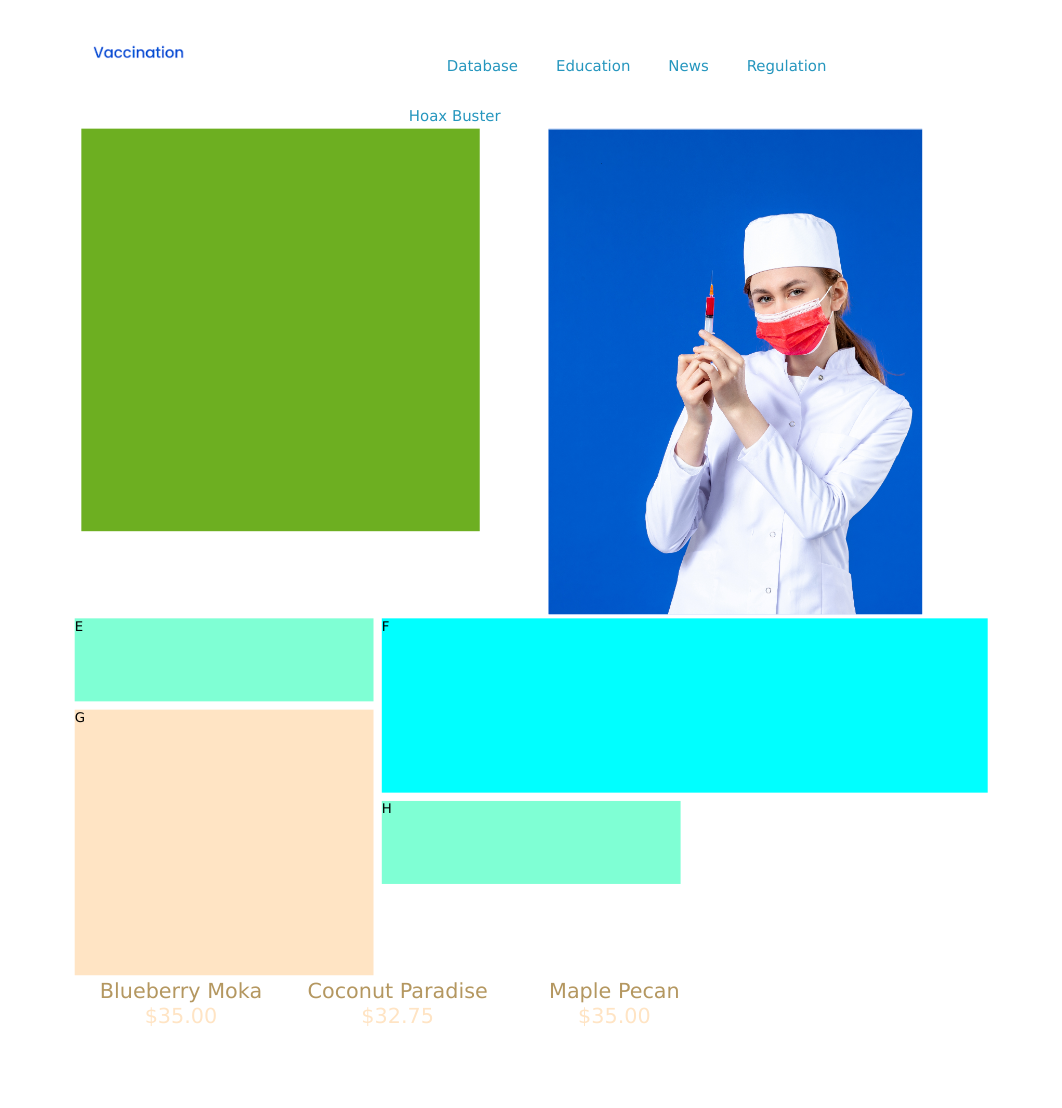
Repository: roge64/cssfrontend
Page: index.html
An editor plug-in stored every save of this project. The page is shown before and after the next save, followed by the edit.
The browser window is 1280 px wide. The pictures show the part of the page from y = 0 to 1335 px (the page is 2628 px tall before and 3058 px after), at 83% of full size.
A picture or video elsewhere on the page could not be fetched, so the positions and the page height are approximate.

Above is the page before, as saved 2022-03-10 10:54:24.

After the next save:
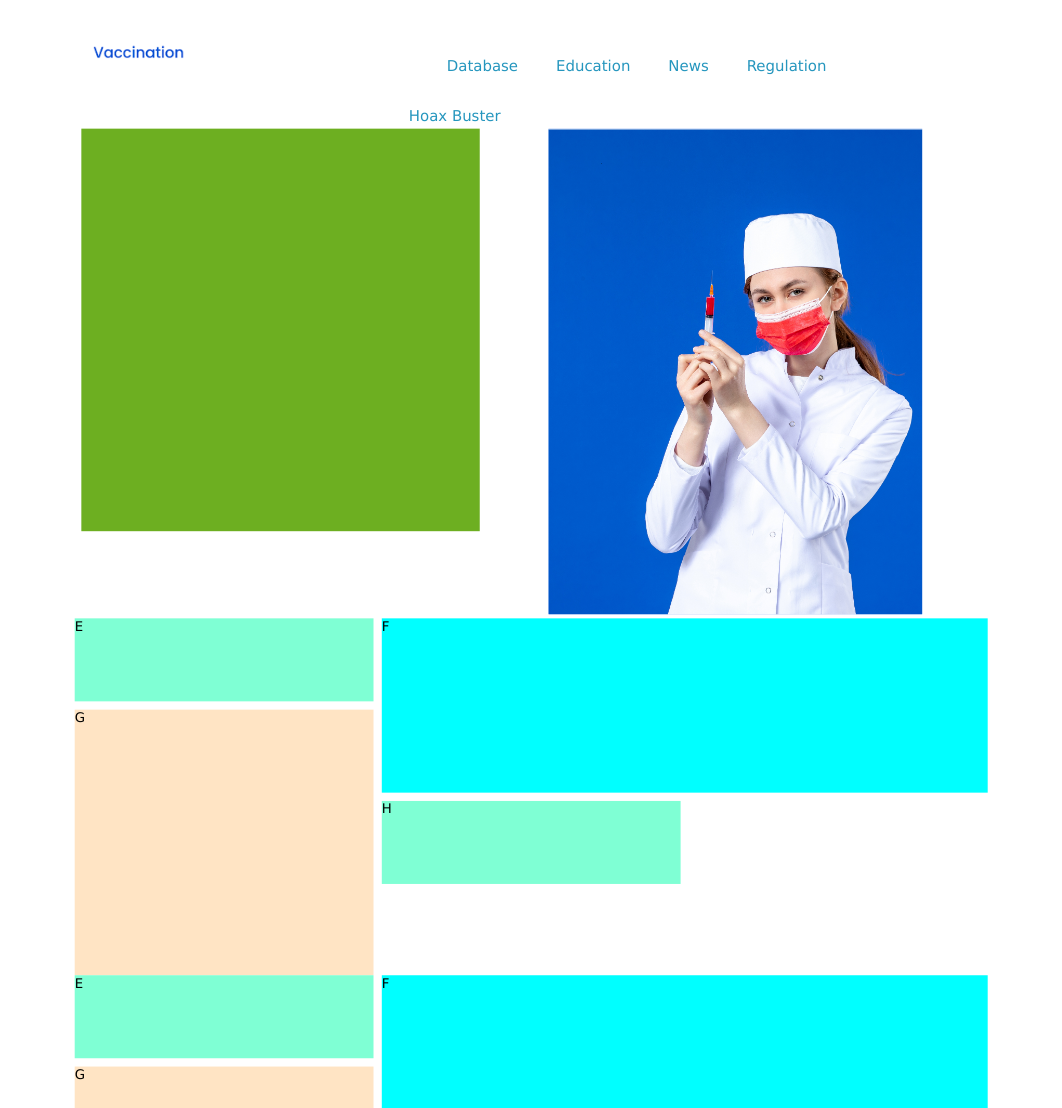
Saved 33 s later.
--- a/index.html
+++ b/index.html
@@ -40,12 +40,15 @@
     <section id="tienda">
         <article id="cake1"> </article>
         <article id="cake2"> </article>
-
+        <div class="wrapper">
+            <div class="box e">E</div>
+            <div class="box f">F</div>
+            <div class="box g">G</div>
+            <div class="box h">H</div>
+        </div>
     </section>
 
     <div class="wrapper">
-        <article id="cake1"> </article>
-        <article id="cake2"> </article>
         <div class="box e">E</div>
         <div class="box f">F</div>
         <div class="box g">G</div>
